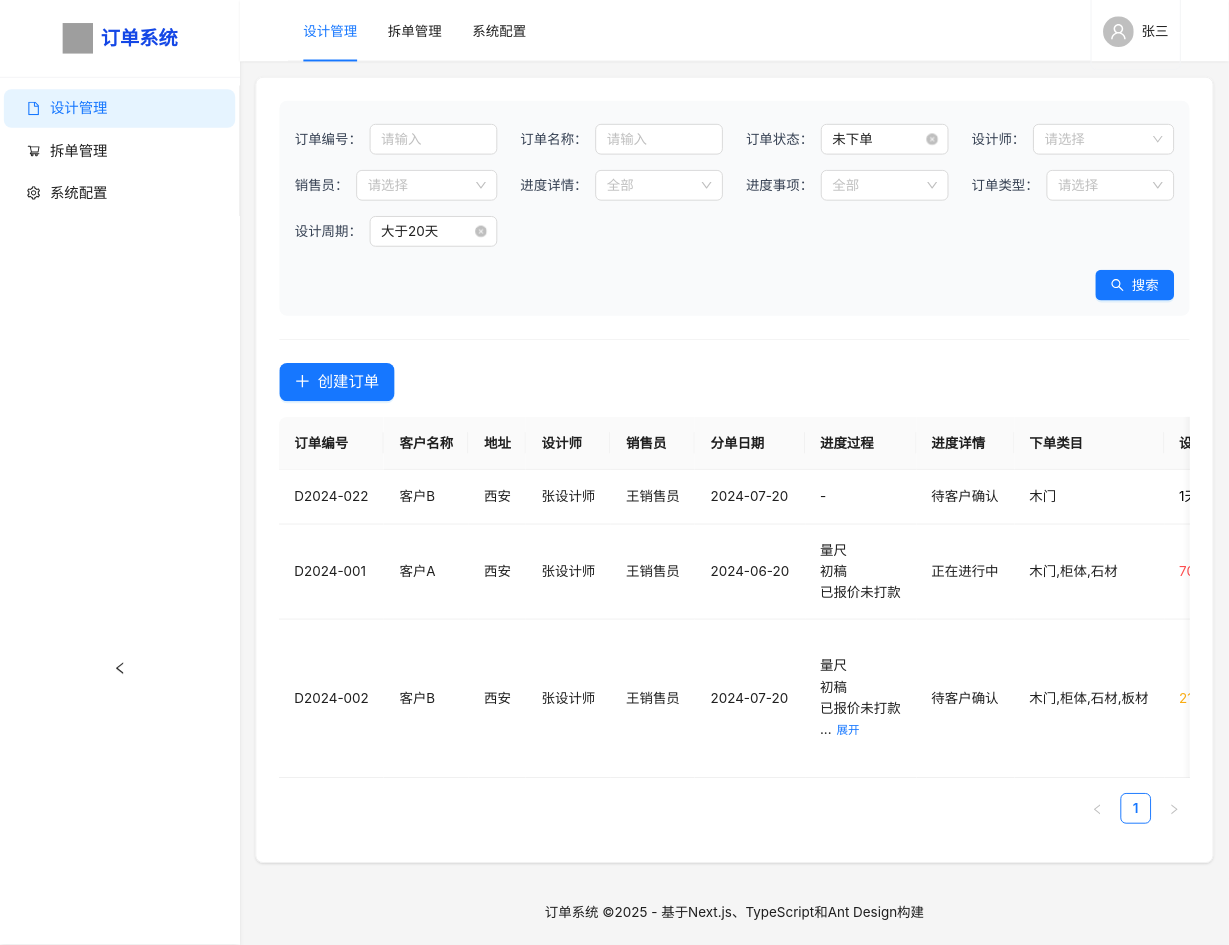
Repository: Garyxiwang/order_system
Page: /design (app in front/)
The author's editor kept a copy of each file at every save. The page is drawn from the files as they stood at one save, then again after the next save.
The browser window is 1280 px wide. The pictures show the whole page, at 96% of full size.
Pictures or frames that could not be fetched are drawn as grey boxes. The project was rebuilt for these pictures with package versions that can differ from the ones it lists, and the page was loaded fresh each time. The framework's server and built-in components were replaced by stand-ins that run in the browser. Also part of the build but not shown: front/next.config.js, front/next.config.ts.

Above is the page before, as saved 2025-08-04 15:42:18.

After the next save:
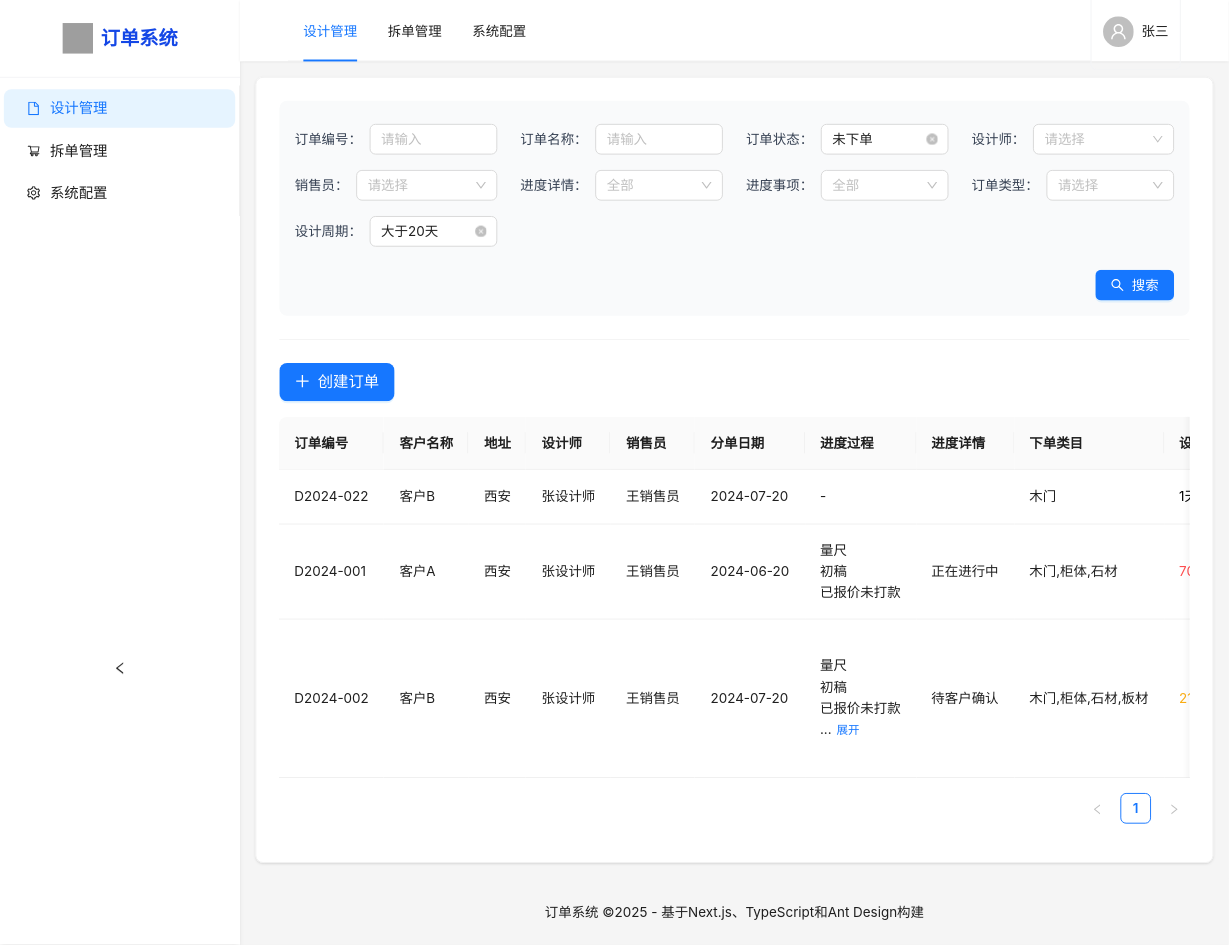
Saved 10 s later.
--- a/front/src/app/design/page.tsx
+++ b/front/src/app/design/page.tsx
@@ -33,7 +33,7 @@
       salesperson: "王销售员",
       splitTime: "2024-07-20",
       progress: "",
-      progressDetail: "待客户确认",
+      progressDetail: "",
       category: "木门",
       cycle: "1天",
       state: "已下单",
